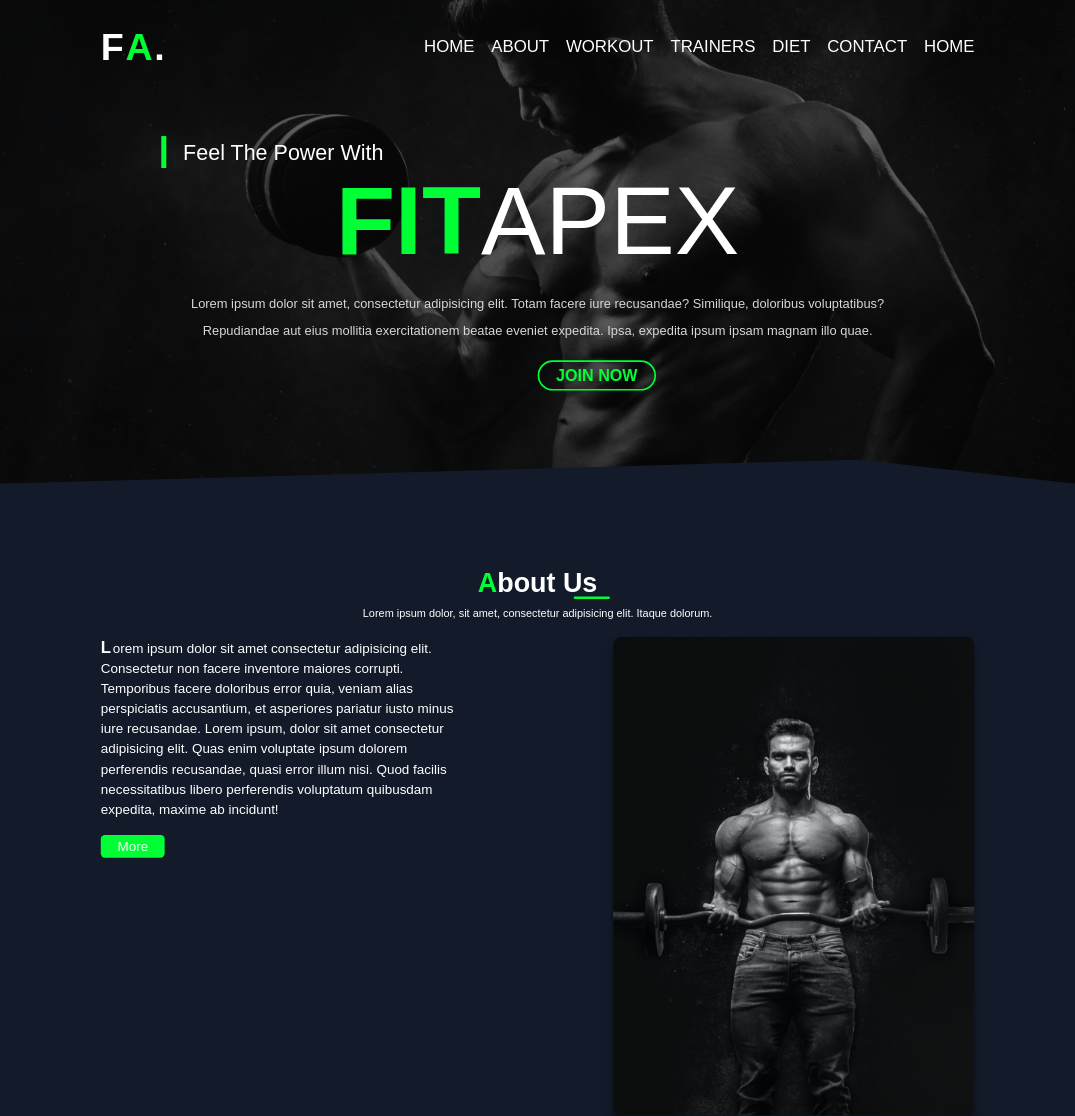
Repository: guilhermecardoso93/fitapex
Page: index.html
The author's editor kept a copy of each file at every save. The page is drawn from the files as they stood at one save, then again after the next save.
The browser window is 1280 px wide. The pictures show the whole page, at 84% of full size.

Above is the page before, as saved 2023-03-07 20:09:54.

After the next save:
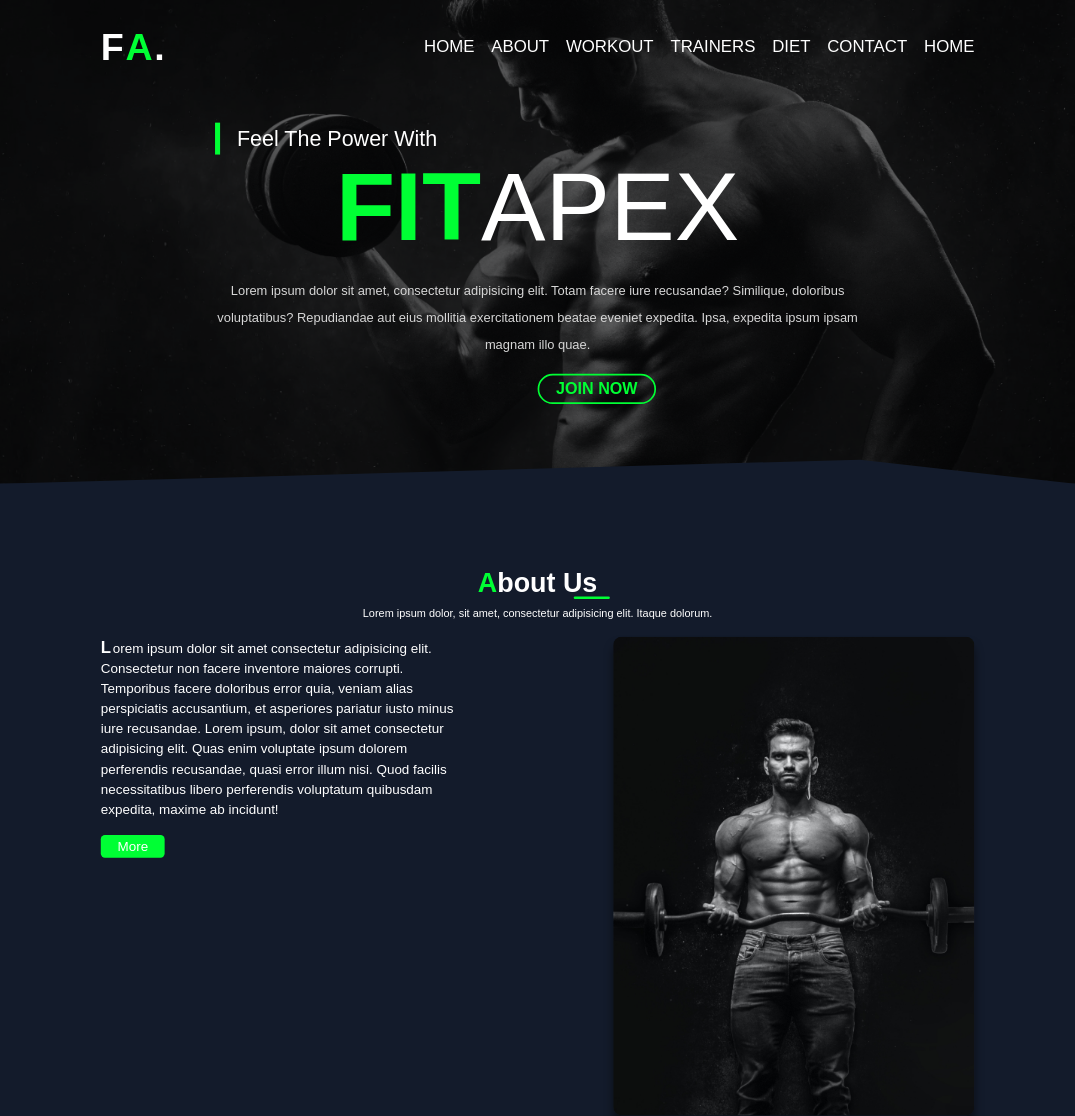
Saved 22 s later.
--- a/css/_home.css
+++ b/css/_home.css
@@ -17,12 +17,10 @@
 }
 
 .highlights {
-  width: 70%;
+  width: 60%;
   position: relative;
   display: inline-block;
   z-index: 11;
-  max-width: 80%;
-
 }
 
 .highlights h3 {

After the save that followed:
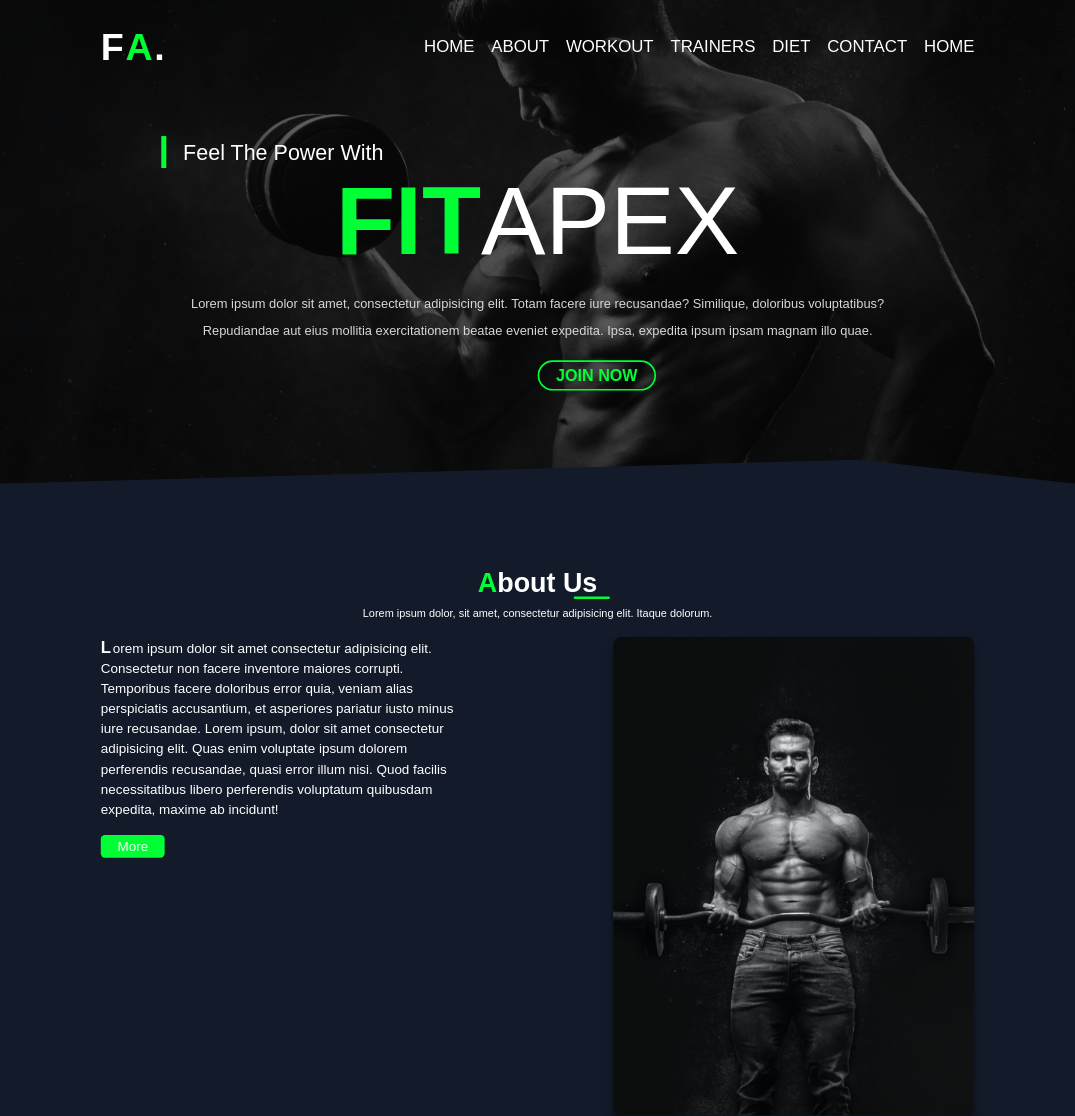
Saved 4 s later.
--- a/css/_home.css
+++ b/css/_home.css
@@ -17,7 +17,7 @@
 }
 
 .highlights {
-  width: 60%;
+  width: 70%;
   position: relative;
   display: inline-block;
   z-index: 11;
